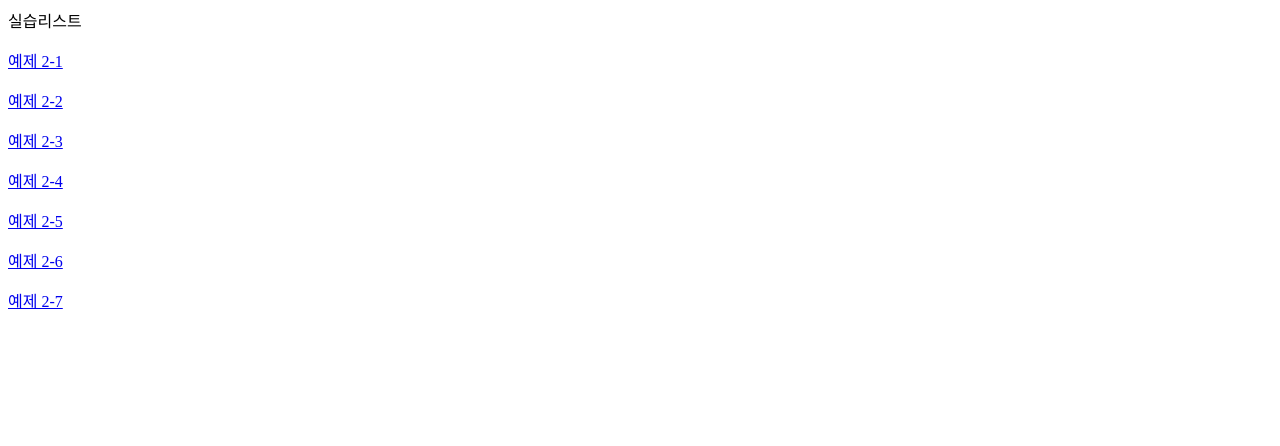
Repository: sanghyunlee7680/JSP-practice
Page: http://localhost/jspbook/
These files come from the project's save history. The page is drawn as it stood at one moment and after the next save; the edit follows.
The browser window is 1280 px wide. The pictures show the whole page.
The page is served by Tomcat 10. Other server files are loaded and not shown.

Above is the page before, as saved 2024-10-08 03:55:15.

### jspbook/src/main/webapp/index.jsp
<%@ page language="java" contentType="text/html; charset=UTF-8"
    pageEncoding="UTF-8"%>
<!DOCTYPE html>
<html>
<head>
<meta charset="UTF-8">
<title>Insert title here</title>
</head>
<body>
	실습리스트
	<p>
		<a href="2_1">예제 2-1</a>
	</p>
	<p>
		<a href="2_2">예제 2-2</a>
	</p>
	<p>
		<a href="2_3">예제 2-3</a>
	</p>
	<p>
		<a href="2_4">예제 2-4</a>
	</p>
	<p>
		<a href="2_5">예제 2-5</a>
	</p>
	<p>
		<a href="2_6">예제 2-6</a>
	</p>
	<p>
		<a href="2_7">예제 2-7</a>
	</p>

</body>
</html>

After the next save:
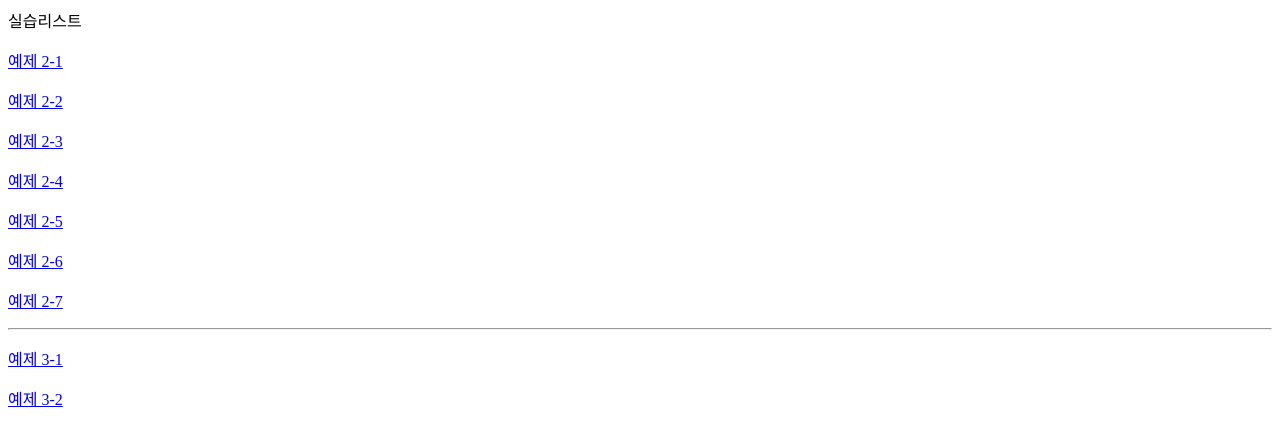
Saved 69 s later.
--- a/jspbook/src/main/webapp/index.jsp
+++ b/jspbook/src/main/webapp/index.jsp
@@ -29,6 +29,13 @@
 	<p>
 		<a href="2_7">예제 2-7</a>
 	</p>
+	<hr></hr>
+	<p>
+		<a href="3_1">예제 3-1</a>
+	</p>
+	<p>
+		<a href="3_2">예제 3-2</a>
+	</p>
 
 </body>
 </html>
